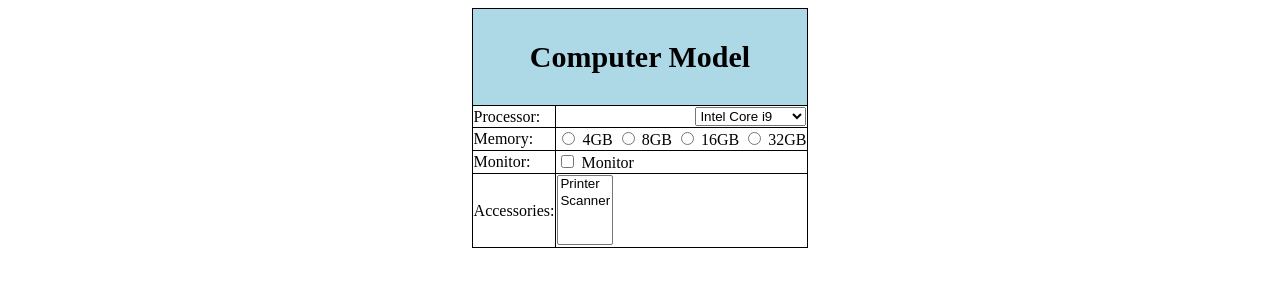
Repository: FatCat0712/JSP
Page: http://localhost/bai_20/computer.jsp
These files come from the project's save history. The page is drawn as it stood at one moment and after the next save; the edit follows.
The browser window is 1280 px wide. The pictures show the whole page.
The page is served by Tomcat 9.

Above is the page before, as saved 2024-04-22 12:22:05.

### bai_20/src/main/webapp/computer.jsp
<%@ page language="java" contentType="text/html; charset=UTF-8"
    pageEncoding="UTF-8"%>
<!DOCTYPE html>
<html>
<head>
<meta charset="UTF-8">
<title>Insert title here</title>
<style>
	table,td{
		border: 1px solid black;
		border-collapse: collapse;
	}
</style>
</head>
<body>
	<form action="donHang.jsp">
		<table style="margin-left: auto; margin-right: auto">
			<tr>
				<td colspan="2" style="background-color: lightblue; align-content: center; text-align: center;">
					<p style="font-size: 30px; font-weight: bold;">Computer Model</p>
				</td>
			</tr>
			<tr>
				<td>Processor: </td>
				<td align="right">
					<select name="Processor">
						<option value="corei9">Intel Core i9</option>
						<option value="corei7">Intel Core i7</option>
						<option value="corei5">Intel Core i5</option>
						<option value="corei3">Intel Core i3</option>
						<option value="dualcore">Intel Dual Core</option>
						<option value="pentium">Intel Pentium</option>
					</select>
				</td>
			</tr>
			<tr>
				<td>Memory: </td>
				<td>

						<input type="radio" id="m1" name="memory">
						<label for="m1">4GB</label>

						<input type="radio" id="m2" name="memory">
						<label for="m2">8GB</label>

						<input type="radio" id="m3" name="memory">
						<label for="m3">16GB</label>

						<input type="radio" id="m4" name="memory">
						<label for="m4">32GB</label>


				</td>
			</tr>

			<tr>
				<td>Monitor: </td>
				<td>
					<input type="checkbox" name="monitor" id="monitor"/>
					<label for="monitor">Monitor</label>
				</td>
			</tr>

			<tr>
				<td>
					Accessories:
				</td>
				<td>
					<select name="accessories" multiple="multiple">
						<option value="printer">Printer</option>
						<option value="scanner">Scanner</option>
					</select>
				</td>

			</tr>



		</table>
	</form>
</body>
</html>

After the next save:
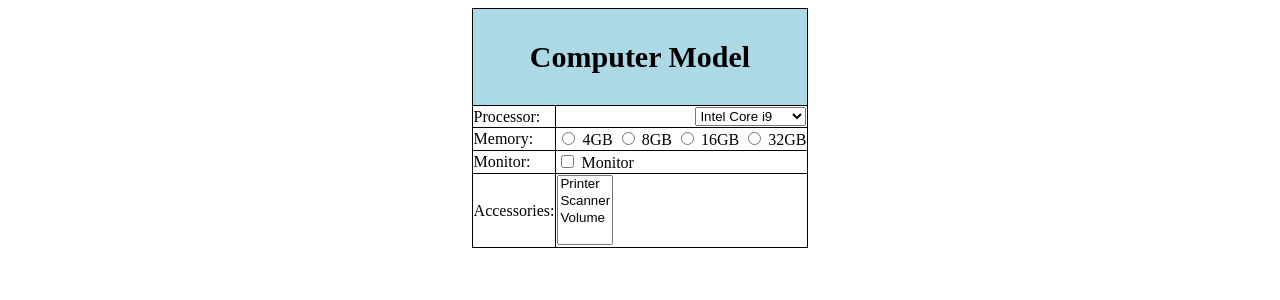
Saved 16 s later.
--- a/bai_20/src/main/webapp/computer.jsp
+++ b/bai_20/src/main/webapp/computer.jsp
@@ -69,6 +69,7 @@
 					<select name="accessories" multiple="multiple">
 						<option value="printer">Printer</option>
 						<option value="scanner">Scanner</option>
+						<option value="volume">Volume</option>
 					</select>
 				</td>
 
